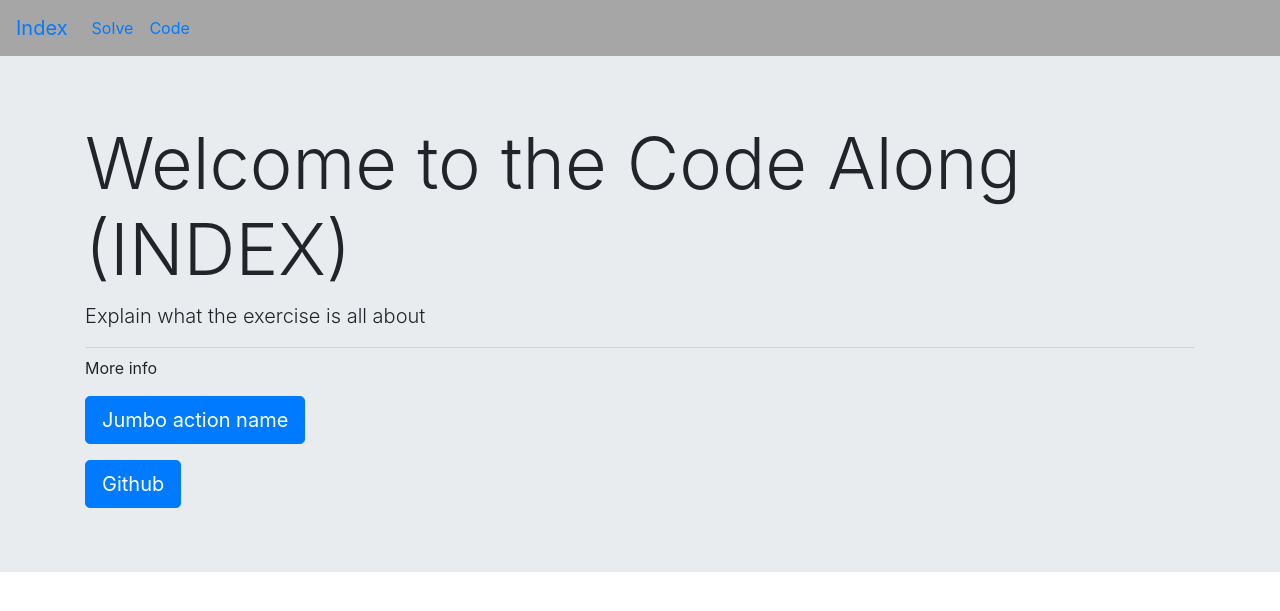
Repository: zhadjah9559/TacocatGrammar
Page: index.html
The author's editor kept a copy of each file at every save. The page is drawn from the files as they stood at one save, then again after a run of saves.
The browser window is 1280 px wide. The pictures show the whole page.

Above is the page before, as saved 2021-01-12 01:13:57.

### index.html
<!doctype html>
<html lang="en">
  <head>
    <title>Index</title>
    <!-- Required meta tags -->
    <meta charset="utf-8">
    <meta name="viewport" content="width=device-width, initial-scale=1, shrink-to-fit=no">

    <!-- Bootstrap CSS -->
    <link rel="stylesheet" href="https://stackpath.bootstrapcdn.com/bootstrap/4.3.1/css/bootstrap.min.css" integrity="sha384-ggOyR0iXCbMQv3Xipma34MD+dH/1fQ784/j6cY/iJTQUOhcWr7x9JvoRxT2MZw1T" crossorigin="anonymous">
  </head>
  <body>

    <nav class="navbar navbar-expand-sm" style="background-color: #A6A6A6;">
        <a class="navbar-brand" href="#">Index</a>
        <button class="navbar-toggler d-lg-none" type="button" data-toggle="collapse" data-target="#collapsibleNavId" aria-controls="collapsibleNavId"
            aria-expanded="false" aria-label="Toggle navigation"></button>
        <div class="collapse navbar-collapse" id="collapsibleNavId">
            <ul class="navbar-nav mr-auto mt-2 mt-lg-0">
                <li class="nav-item active">
                    <a class="nav-link" href="solve.html">Solve<span class="sr-only">(current)</span></a>
                </li>
                <li class="nav-item">
                    <a class="nav-link" href="code.html">Code</a>
                </li>
            </ul>
        </div>
    </nav>


    <div class="jumbotron jumbotron-fluid">
        <div class="container">
            <h1 class="display-3">Welcome to the Code Along (INDEX)</h1>
            <p class="lead">Explain what the exercise is all about</p>
            <hr class="my-2">
            <p>More info</p>
            <p class="lead">
                <a class="btn btn-primary btn-lg" href="Jumbo action link" role="button">Jumbo action name</a>
            </p>

            <a class="btn btn-primary btn-lg" target="_blank" href="https://github.com/zhadjah9559" role="button">Github</a>
        </div>
    </div>



    <!-- Optional JavaScript -->
    <!-- jQuery first, then Popper.js, then Bootstrap JS -->
    <script src="https://code.jquery.com/jquery-3.3.1.slim.min.js" integrity="sha384-q8i/X+965DzO0rT7abK41JStQIAqVgRVzpbzo5smXKp4YfRvH+8abtTE1Pi6jizo" crossorigin="anonymous"></script>
    <script src="https://cdnjs.cloudflare.com/ajax/libs/popper.js/1.14.7/umd/popper.min.js" integrity="sha384-UO2eT0CpHqdSJQ6hJty5KVphtPhzWj9WO1clHTMGa3JDZwrnQq4sF86dIHNDz0W1" crossorigin="anonymous"></script>
    <script src="https://stackpath.bootstrapcdn.com/bootstrap/4.3.1/js/bootstrap.min.js" integrity="sha384-JjSmVgyd0p3pXB1rRibZUAYoIIy6OrQ6VrjIEaFf/nJGzIxFDsf4x0xIM+B07jRM" crossorigin="anonymous"></script>
  </body>
</html>

After the next 2 saves:
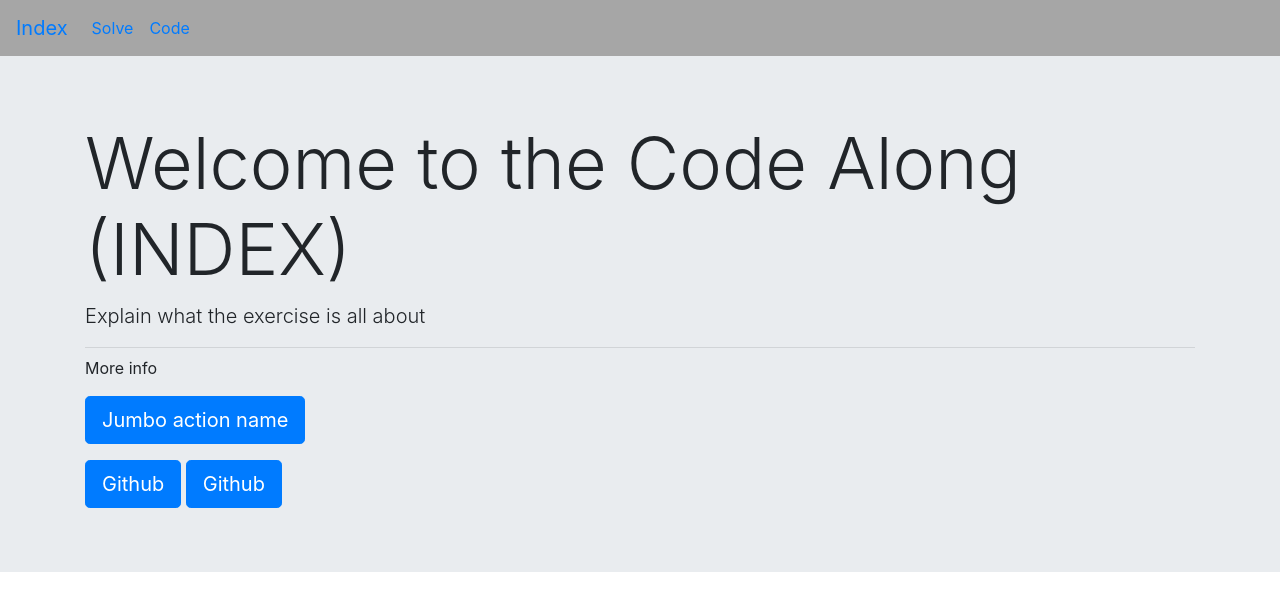
The 2 saves are shown as one change because they came seconds apart.
The last was saved 15 s later.
--- a/index.html
+++ b/index.html
@@ -39,6 +39,8 @@
             </p>
 
             <a class="btn btn-primary btn-lg" target="_blank" href="https://github.com/zhadjah9559" role="button">Github</a>
+            <a class="btn btn-primary btn-lg" target="_blank" href="https://github.com/zhadjah9559" role="button">Github</a>
+
         </div>
     </div>
 
